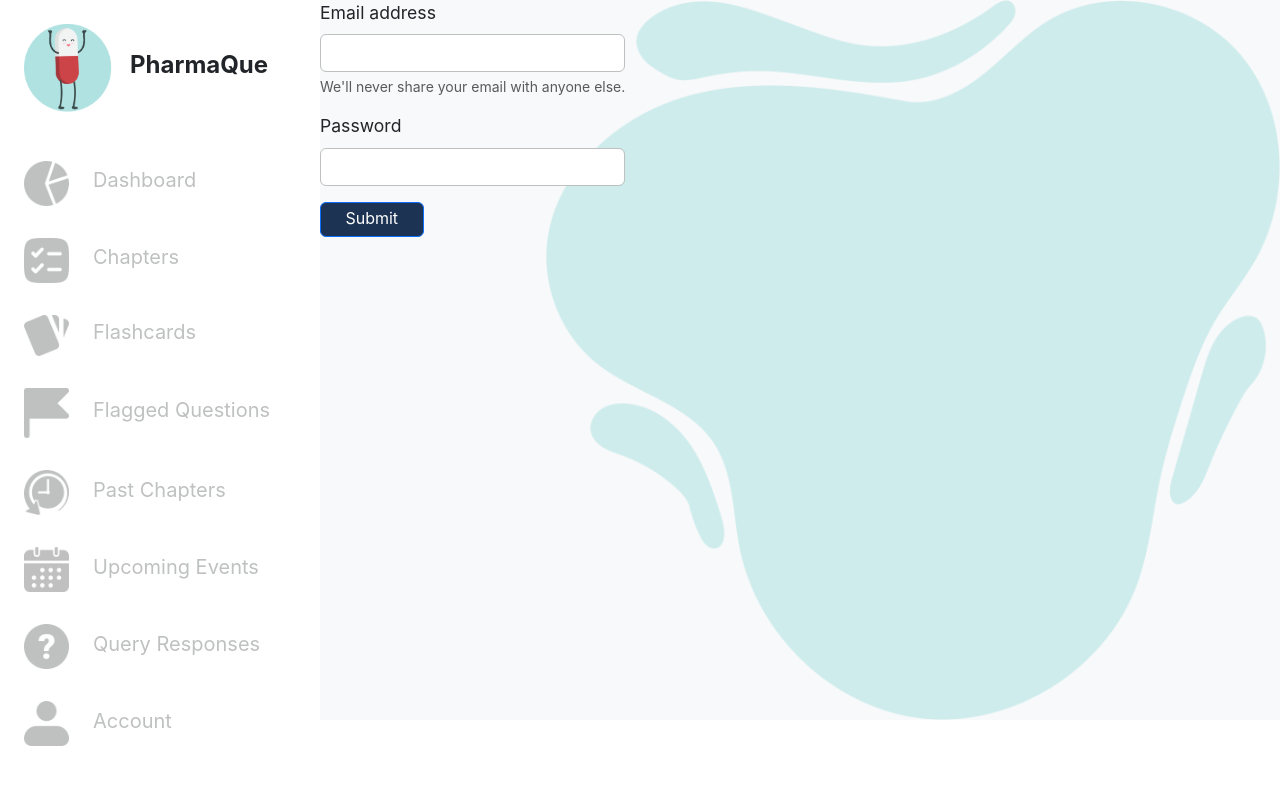
Repository: Kronium345/new_pharmaque_web_app
Page: /chat-room
The author's editor kept a copy of each file at every save. The page is drawn from the files as they stood at one save, then again after a run of saves.
The browser window is 1280 px wide. The pictures show the whole page.
The page's requests for data from a server got no answer. The project was rebuilt for these pictures with package versions that can differ from the ones it lists, and the page was loaded fresh each time. No one was signed in, and anything a server would have sent is missing. Also part of the build but not shown: src/pages/Login.js, src/pages/MyAccount.js, src/pages/UpcomingEvents.js, src/pages/UpcomingEvents2.js, src/pages/Chapters.js, src/pages/Dashboard.js, src/pages/FlaggedQuestions.js, src/pages/FlashcardQuestion.js and 33 more.

Above is the page before, as saved 2024-03-10 21:39:18.

After the next 2 saves:
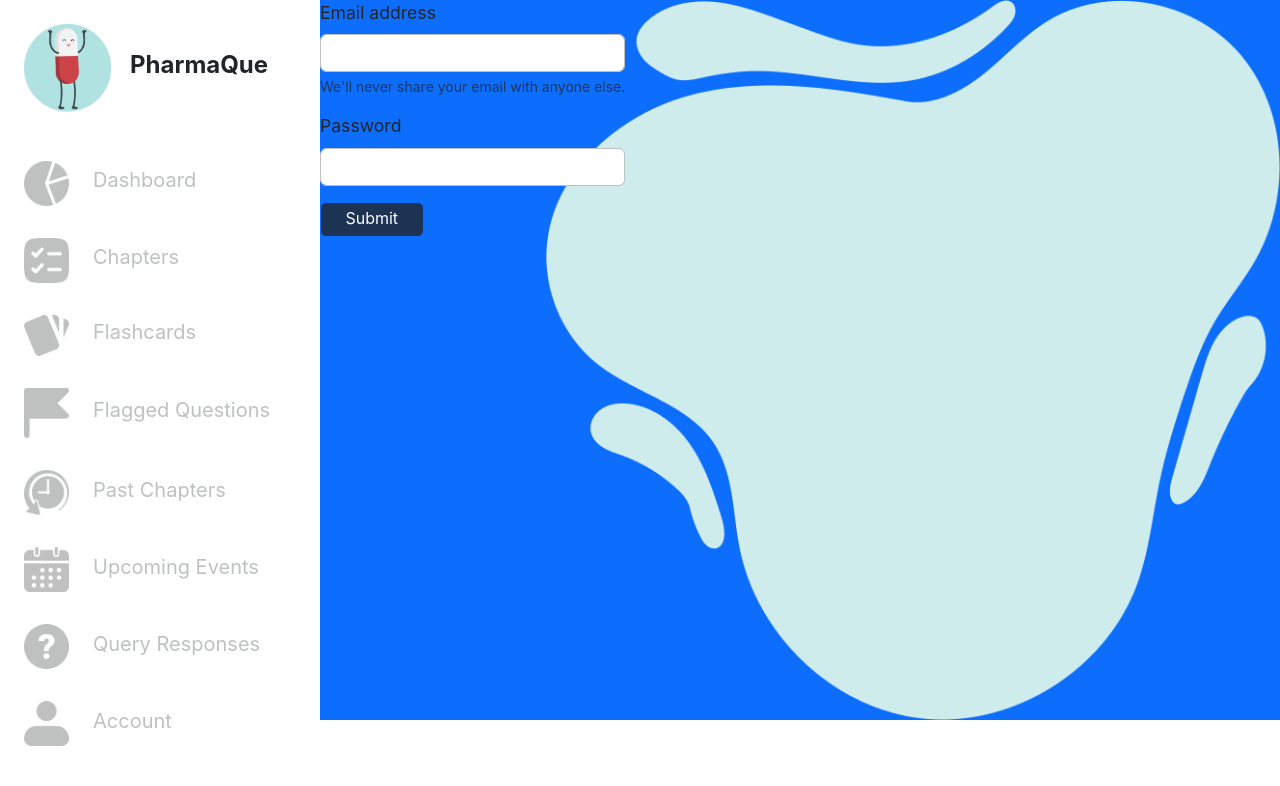
The 2 saves are shown as one change because they came seconds apart.
The last was saved 7 s later.
--- a/src/pages/ChatRoom.js
+++ b/src/pages/ChatRoom.js
@@ -168,7 +168,7 @@ const ChatRoom = () => {
                 </div>
               </div>
             ) : (
-              <div className="mainbg d-flex bg-light">
+              <div className="mainbg d-flex bg-primary">
                 <form>
                   <div class="mb-3">
                     <label for="exampleInputEmail1" class="form-label">
